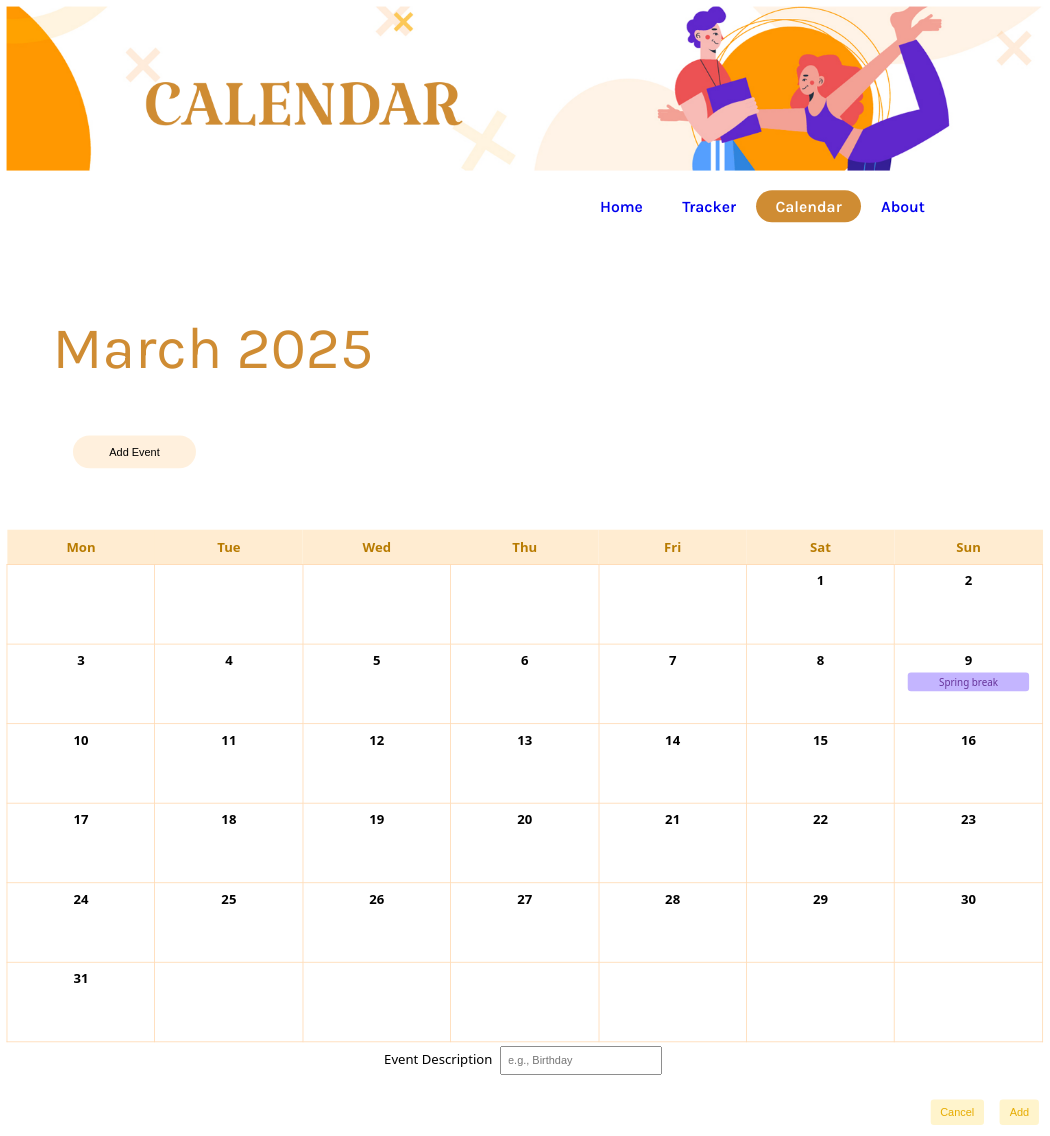
Repository: SandyLy453/habit-tracker
Page: http://localhost/calendar
An editor plug-in stored every save of this project. The page is shown before and after the next save, followed by the edit.
The browser window is 1280 px wide. The pictures show the whole page, at 82% of full size.
Some web fonts or font styles are not loaded; a fallback is used. The page is served by the project's Node server (server.js).

Above is the page before, as saved 2025-03-16 17:53:52.

### views/pages/calendar.ejs
<!DOCTYPE html>
<html lang="en">
<head>
  <meta charset="UTF-8">
  <meta name="viewport" content="width=device-width, initial-scale=1.0">
  <link rel="stylesheet" href="/styles.css">
  <link rel="preconnect" href="https://fonts.googleapis.com">
  <link rel="preconnect" href="https://fonts.gstatic.com" crossorigin>
  <link href="https://fonts.googleapis.com/css2?family=Katibeh&display=swap" rel="stylesheet">
</head>
<body>
  <%- include('../partials/header', { activePage: 'calendar' }) %>

  <div class="calendar-container">
    <div class="calendar-nav">
      <h2 id="month-year">
        <%= new Date(currentYear, currentMonth).toLocaleString('default', { month: 'long', year: 'numeric' }) %>
      </h2>
      <div class="calendar-add">
        <button id="add-event-btn">Add Event</button>
      </div>
    </div>
    </div>

    <table class="calendar-table">
      <thead>
        <tr>
          <th>Mon</th>
          <th>Tue</th>
          <th>Wed</th>
          <th>Thu</th>
          <th>Fri</th>
          <th>Sat</th>
          <th>Sun</th>
        </tr>
      </thead>
      <tbody>
        <%
          const firstDay = new Date(currentYear, currentMonth, 1);
          const firstDayIndex = (firstDay.getDay() + 6) % 7; // Adjust so week starts on Monday
          const daysInMonth = new Date(currentYear, currentMonth + 1, 0).getDate();
          let dateCount = 1;

          for (let i = 0; i < 6; i++) { %>
          <tr>
            <% for (let j = 0; j < 7; j++) { %>
              <% if ((i === 0 && j < firstDayIndex) || dateCount > daysInMonth) { %>
                <td></td>
              <% } else { %>
                <!-- Add data-date attribute so we know which day this cell represents -->
                <td class="calendar-day" data-date="<%= dateCount %>">
                  <span class="date-number"><%= dateCount %></span>
                  <% if (currentMonth === 2 && dateCount === 9) { %>
                    <div class="event">Spring break</div>
                  <% } %>
                </td>
                <% dateCount++; %>
              <% } %>
            <% } %>
          </tr>
        <% } %>
      </tbody>
    </table>

  <!-- ========== MODAL OVERLAY ========== -->
  <div class="overlay hidden" id="add-event-overlay">
    <div class="modal">
        <h2>Add Event</h2>
        <div class="box"></div>
            <div class="leftSide"></div>
                <label for="modal-month">Month</label>
                <input type="text" id="modal-month" placeholder="e.g., 3 for March" />
            </div>
            <div class="rightSide">
                <label for="modal-date">Date</label>
                <input type="text" id="modal-date" placeholder="e.g., 15" />
            </div>
        </div>

        <!-- Event Description -->
        <label for="modal-description">Event Description</label>
        <input type="text" id="modal-description" placeholder="e.g., Birthday" />

        <div class="modal-buttons">
            <button id="cancel-event-btn">Cancel</button>
            <button id="submit-event-btn">Add</button>
        </div>
    </div>
  </div>

  <!-- ========== CLIENT-SIDE SCRIPT ========== -->
  <script>
    const addEventBtn = document.getElementById('add-event-btn');
    const overlay = document.getElementById('add-event-overlay');
    const cancelEventBtn = document.getElementById('cancel-event-btn');
    const submitEventBtn = document.getElementById('submit-event-btn');

    // Show the modal overlay
    addEventBtn.addEventListener('click', () => {
      overlay.classList.remove('hidden');
    });

    // Hide the modal overlay
    cancelEventBtn.addEventListener('click', () => {
      overlay.classList.add('hidden');
    });

    // Add event to the correct day cell
    submitEventBtn.addEventListener('click', () => {
      const monthInput = document.getElementById('modal-month').value.trim();
      const dateInput = document.getElementById('modal-date').value.trim();
      const descriptionInput = document.getElementById('modal-description').value.trim();

      // Basic validation
      if (!monthInput || !dateInput || !descriptionInput) {
        alert("Please fill out all fields.");
        return;
      }

      const monthNumber = parseInt(monthInput, 10);
      const dateNumber = parseInt(dateInput, 10);
      if (isNaN(monthNumber) || isNaN(dateNumber)) {
        alert("Invalid month or date. Please enter numeric values.");
        return;
      }

      // Find the matching cell in the table
      const cells = document.querySelectorAll('.calendar-day');
      let found = false;
      cells.forEach(cell => {
        const cellMonth = parseInt(cell.getAttribute('data-month'), 10);
        const cellDay = parseInt(cell.getAttribute('data-day'), 10);

        // If it matches the user input
        if (cellMonth === (monthNumber - 1) && cellDay === dateNumber) {
          found = true;
          // Create a new event div
          const eventDiv = document.createElement('div');
          eventDiv.className = 'event';
          eventDiv.textContent = descriptionInput;
          cell.appendChild(eventDiv);
        }
      });

      if (!found) {
        alert("No matching date cell found in this month's calendar.");
      }

      // Hide overlay and reset form
      overlay.classList.add('hidden');
      document.getElementById('modal-month').value = "";
      document.getElementById('modal-date').value = "";
      document.getElementById('modal-description').value = "";
    });
  </script>
</body>
</html>

### views/partials/header.ejs
<!DOCTYPE html>
<html lang="en">
<head>
    <meta charset="UTF-8">
    <meta name="viewport" content="width=device-width, initial-scale=1.0">
    <title>
        <%= typeof title != 'undefined' ? title : 'Page Title' %>
    </title>
    <link rel="stylesheet" href="/styles.css">
    <link rel="preconnect" href="https://fonts.googleapis.com">
    <link rel="preconnect" href="https://fonts.gstatic.com" crossorigin>
    <link href="https://fonts.googleapis.com/css2?family=Karla:ital,wght@0,200..800;1,200..800&family=Roboto:ital,wght@0,100..900;1,100..900&display=swap" rel="stylesheet">
</head>
<body>
    <header>
        <div class="header_container">
            <img src="<%= activePage === 'home' ? '/images/home_banner.png' : activePage === 'tracker' ? '/images/tracker_banner.png' : activePage === 'calendar' ? '/images/calendar_banner.png' : '/images/about_banner.png' %>" alt="Banner Images"/>
            <ul class="header">
                <li><a href="/" class="header_items <%= activePage === 'home' ? 'highlight' : '' %>">Home</a></li>
                <li><a href="/tracker" class="header_items <%= activePage === 'tracker' ? 'highlight' : '' %>">Tracker</a></li>
                <li><a href="/calendar" class="header_items <%= activePage === 'calendar' ? 'highlight' : '' %>">Calendar</a></li>
                <li><a href="/about" class="header_items <%= activePage === 'about' ? 'highlight' : '' %>">About</a></li>
              </ul>
        </div>
    </header>
</body>
</html>

### server.js
import pg from 'pg';
import express from 'express';
import bodyParser from 'body-parser';
import dotenv from 'dotenv';
import path from 'path';
import { fileURLToPath } from 'url';

const __filename = fileURLToPath(import.meta.url);
const __dirname = path.dirname(__filename);

dotenv.config();

// Database setup
const db = new pg.Client({
  user: process.env.DB_USER,
  host: process.env.DB_HOST,
  database: process.env.DB_DATABASE,
  password: process.env.DB_PASSWORD,
  port: process.env.DB_PORT,
});

db.connect()
  .then(() => {
    console.log('Connected to the database');
  })
  .catch(err => {
    console.error('Database connection error:', err.stack);
});

const app = express();
const port = 3000;

app.set('views', path.join(__dirname, 'views'));

// Middleware
app.use(bodyParser.urlencoded({ extended: true }));
app.use(express.static('public'));  // Serve static files from the public folder
app.set('view engine', 'ejs');

// Routes
app.get('/', (req, res) => {
  res.render('pages/home', {
    title: "Personal Habit Tracker",
    activePage: 'home',
    paragraph: "Track your progress today for better habits."
  });
});

app.get('/tracker', (req, res) => {
  res.render('pages/tracker', {
    title: "My Habits Tracker",
    activePage: 'tracker',
    paragraph: " "
  });
});

app.get('/calendar', (req, res) => {
  const currentDate = new Date();
  res.render('pages/calendar', {
    title: "Calendar",
    activePage: 'calendar',
    currentMonth: currentDate.getMonth(),
    currentYear: currentDate.getFullYear(),
  });
});

app.get('/about', (req, res) => {
  res.render('pages/about', {
    title: "About",
    activePage: 'about',
  });
});

app.listen(port, () => {
  console.log(`App listening at port ${port}`);
});

### public/styles.css
:root {
    --header-font: "Karla", sans-serif;
    --heading-font: "Lora", serif;

    --font-styles-bold: 600;
    --font-styles-regular: 400;
    --header-large: 1.2rem;
    --page-heading: 2.5rem;
    --page-details: 1.1rem;

    --card-status-inProgress: #CF8C33;
    --card-paragraph: #4A4A4A;
    --card-status-done: #03a903;

    --schedules-reading: #FFCF90;
    --schedules-running: #B2ABEA;
    --schedules-drawing: #E0F1FF;
    --schedules-meditation: #FFDDE9;
    --event-backgroundColor: #FFF7EC;

    --numDays: 5;
    --numHours: 10;
    --timeHeight: 60px;
}

body {
    font-family: Arial, sans-serif;
    text-align: center;
}

input, button {
    margin: 5px;
    padding: 8px;
}

/* Header */
.header_container img {
    margin: 0;
    padding: 0;
    display: block;
    width: 100%;
    height: 100%;
    object-fit: cover;
}

.header {
    display: flex;
    flex-direction: row;
    justify-content:flex-end;
    list-style: none;
    margin: 2rem 120px;
    font-family: var(--header-font);
    font-weight: var(--font-styles-bold);
    font-size: var(--header-large);
}

.header_items {
    text-decoration: none;
    padding: .5rem 1.5rem;
    border-radius: 20px;
}

.header_items.highlight {
    color: white;
    background-color: var(--card-status-inProgress);
}

/* Home Page */
.heading_section {
    text-align: left;
    margin: 6rem 120px 4rem 120px;
}

.heading_section h1 {
    font-family: var(--heading-font);
    font-weight: var(--font-styles-regular);
    font-size: var(--page-heading);
    margin-bottom: 0;
}

.heading_section p {
    font-size: var(--page-details);
    margin-top: .5rem;
    font-style: italic;
}

.main_content {
    display: flex;
    flex-direction: row;
    margin: 0 120px 7rem 120px;
    gap: 2rem;
    text-align: left;
    align-items: flex-start;
}

/* Home Page Cards */

.cards_section {
    width: 50%;
    display: flex;
    flex-direction: column;
    justify-content: flex-start;
    padding: 0;
}

.cards_section h2,
.schedules_section h2 {
    font-family: var(--heading-font);
}

.cards {
    display: flex;
    flex-direction: row;
    flex-wrap: wrap;
    gap: 20px;
}

.card {
    position: relative;
    background-color: white;
    border-radius: 8px;
    border: 2px solid #D8D8D8;
    padding: 15px;
    width: 240px;
    height: 180px;
    text-align: left;
    overflow: hidden;
}

.card img {
    width: 100%;
    height: 100px;
    object-fit: cover;
    position: absolute;
    overflow: hidden;
    top: 0;
    left: 0;
    right: 0;
}

.habit {
    position: relative;
    display: flex;
    flex-direction: row;
    margin-bottom: 15px;
    justify-content: space-between;
    top: 6.5rem;
}

.habit h3 {
    margin: 0;
    font-size: 16px;
}

.habit p {
    margin: 5px 0;
    font-size: 14px;
    color: var(--card-paragraph);
}

.status {
    font-weight: bold;
}

.status.in-progress {
    color: var(--card-status-inProgress);
}

.status.done {
    color: var(--card-status-done);
}

/* Calendar */

.schedules_section {
    width: 50%;
    display: flex;
    flex-direction: column;
}

.calendar {
    display: grid;
    gap: 10px;
    grid-template-columns: auto 1fr;
}

.timeline {
    display: grid;
    grid-template-rows: repeat(var(--numHours), var(--timeHeight));
}

.days {
    display: grid;
    grid-column: 2;
    gap: 5px;
    grid-template-columns: repeat(auto-fit, minmax(100px, 1fr));
}

.events {
    display: grid;
    grid-template-rows: repeat(var(--numHours), var(--timeHeight));
    border-radius: 5px;
    background: var(--event-backgroundColor);
}

.start-10 {
    grid-row-start: 2;
}

.start-12 {
    grid-row-start: 3;
}

.start-1 {
    grid-row-start: 5;
}

.start-2 {
    grid-row-start: 6;
}

.end-12 {
    grid-row-end: 4;
}

.end-1 {
    grid-row-end: 5;
}

.end-3 {
    grid-row-end: 7;
}

.end-4 {
    grid-row-end: 8;
}

.end-5 {
    grid-row-end: 9;
}

.title {
    font-weight: 600;
    margin-bottom: 0.1rem;
}

.event {
    border: 1px solid var(--eventBorderColor);
    border-radius: 5px;
    padding: 0.5rem;
    margin: 0 0.5rem;
    background: white;
}

.events p {
    font-size: 14px;
}

.space,
.date {
    height: 60px
}

body {
    font-family: system-ui, sans-serif;
}

.running {
    background: var(--schedules-running);
}

.drawing {
    background: var(--schedules-drawing);
}

.meditation {
    background: var(--schedules-meditation);
}

.reading {
    background: var(--schedules-reading);
}

.date {
    display: flex;
    gap: 1em;
}

.date-day {
    display: inline;
    font-size: var(--page-details);
}

.calendar-container {
    font-family: Arial, sans-serif;
    margin: 40px auto;
    max-width: 90vw;
    padding: 20px;
}

.calendar-header {
    background-color: #ffe5b4;
    padding: 20px;
    border-radius: 12px 12px 0 0;
    text-align: center;
    color: #c17a00;
}

.calendar-nav {
    text-align: center;
}

.calendar-table {
    width: 100%;
    border-collapse: collapse;
    border-radius: 30px;
}

.calendar-table th {
    background-color: #ffecd1;
    color: #b87b00;
    padding: 10px;
}

.calendar-table td {
    border: 1px solid #ffdab3;
    width: calc(90vw/7);
    height: 80px;
    vertical-align: top;
    padding: 8px;
}

.date-number {
    font-weight: bold;
    text-align: right;
    width: 100%;
}

.event {
    background-color: #c4b5ff;
    color: #663399;
    font-size: 0.75rem;
    padding: 3px 6px;
    border-radius: 4px;
    margin-top: 4px;
}

#month-year {
    color: #CF8C33;
    font-family: var(--header-font);
    font-size: 72px;
    font-weight: 400;
    text-align: left;
}

.calendar-add {
    width: 200px;
    height: 60px;
    margin: 0;
}

#add-event-btn {
    border-radius: 20px;
    background: rgba(255, 207, 144, 0.31);
    width: 150px;
    height: 40px;
    border: none;
}


/* ====== Modal Overlay ====== */
.overlay {
    position: fixed;
    top: 0;
    left: 0;
    width: 100%;
    height: 100%;
    background: rgba(0,0,0,0.3);
    display: flex;
    justify-content: center;
    align-items: center;
    z-index: 999;
}

.hidden {
    display: none;
}

.modal {
    background-color: #ffffff;
    padding: 20px 30px;
    border-radius: 12px;
    width: 500px;
    height: 400px;
}

.modal h2 {
    margin-top: 0;
    margin-bottom: 15px;
    font-size: 1.5rem;
}

.modal label {
    display: block;
    margin-top: 10px;
}

.modal input {
    width: 100%;
    padding: 6px;
    margin-top: 4px;
    border: 1px solid #ffd699;
    border-radius: 4px;
}

.modal-buttons {
    margin-top: 20px;
    text-align: right;
}

.modal-buttons button {
    background-color: #fff4cc;
    color: #e6ac00;
    border: none;
    border-radius: 4px;
    padding: 8px 12px;
    margin-left: 10px;
    cursor: pointer;
}

.box {
    display: flex;
    flex-direction: row;
    justify-content: space-between;
}

#modal-month,
#modal-date {
    width: 45%;
    height: auto;
    border-radius: 10px;
    border: 1px solid #FFCF90;
}

After the next save:
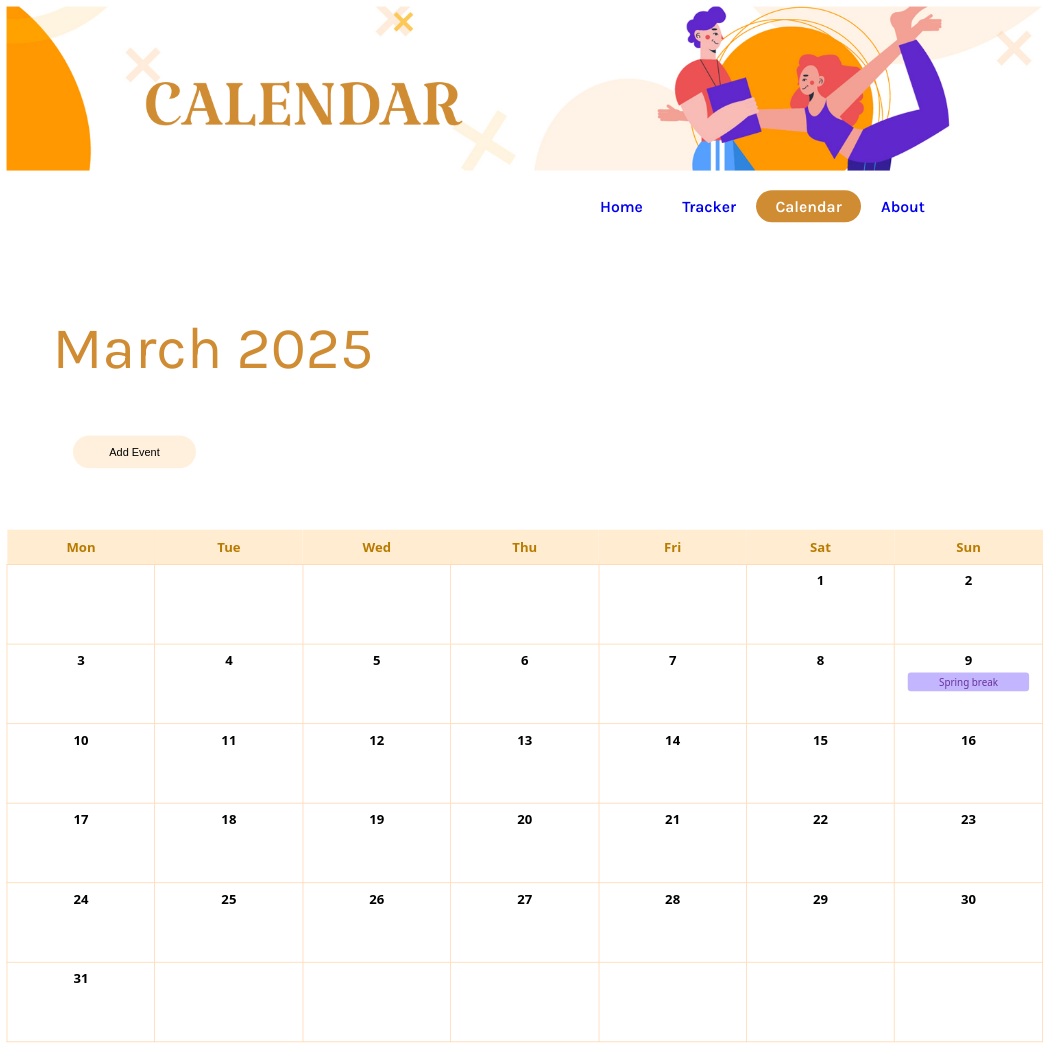
Saved 34 s later.
--- a/views/pages/calendar.ejs
+++ b/views/pages/calendar.ejs
@@ -65,26 +65,22 @@
   <!-- ========== MODAL OVERLAY ========== -->
   <div class="overlay hidden" id="add-event-overlay">
     <div class="modal">
-        <h2>Add Event</h2>
-        <div class="box"></div>
-            <div class="leftSide"></div>
-                <label for="modal-month">Month</label>
-                <input type="text" id="modal-month" placeholder="e.g., 3 for March" />
-            </div>
-            <div class="rightSide">
-                <label for="modal-date">Date</label>
-                <input type="text" id="modal-date" placeholder="e.g., 15" />
-            </div>
-        </div>
+      <h2>Add Event</h2>
 
-        <!-- Event Description -->
-        <label for="modal-description">Event Description</label>
-        <input type="text" id="modal-description" placeholder="e.g., Birthday" />
+      <label for="modal-month">Month</label>
+      <input type="text" id="modal-month" placeholder="e.g., 3 for March" />
 
-        <div class="modal-buttons">
-            <button id="cancel-event-btn">Cancel</button>
-            <button id="submit-event-btn">Add</button>
-        </div>
+      <label for="modal-date">Date</label>
+      <input type="text" id="modal-date" placeholder="e.g., 15" />
+
+      <!-- Event Description -->
+      <label for="modal-description">Event Description</label>
+      <input type="text" id="modal-description" placeholder="e.g., Birthday" />
+
+      <div class="modal-buttons">
+        <button id="cancel-event-btn">Cancel</button>
+        <button id="submit-event-btn">Add</button>
+      </div>
     </div>
   </div>
 
